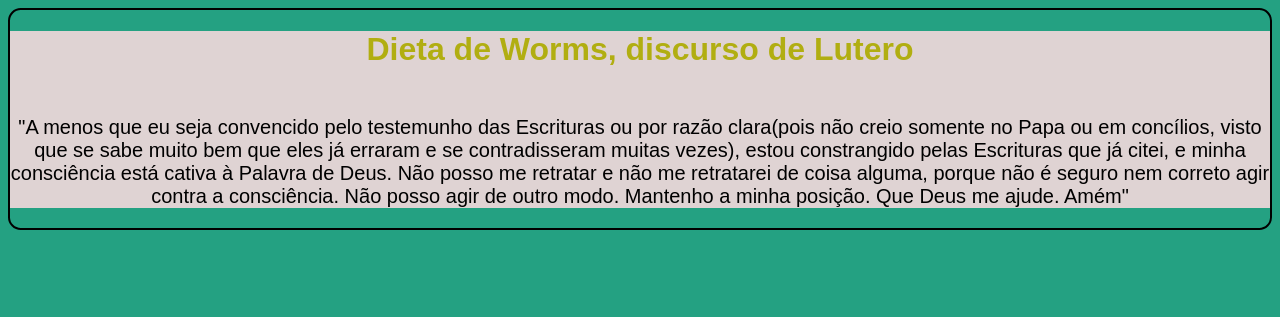
Repository: batmit/FutureFundation.github.io-1
Page: menu/articles/cristianism/dieta_de_worns.html
An editor plug-in stored every save of this project. The page is shown before and after the next save, followed by the edit.
The browser window is 1280 px wide. The pictures show the whole page.

Above is the page before, as saved 2022-03-01 15:00:26.

After the next save:
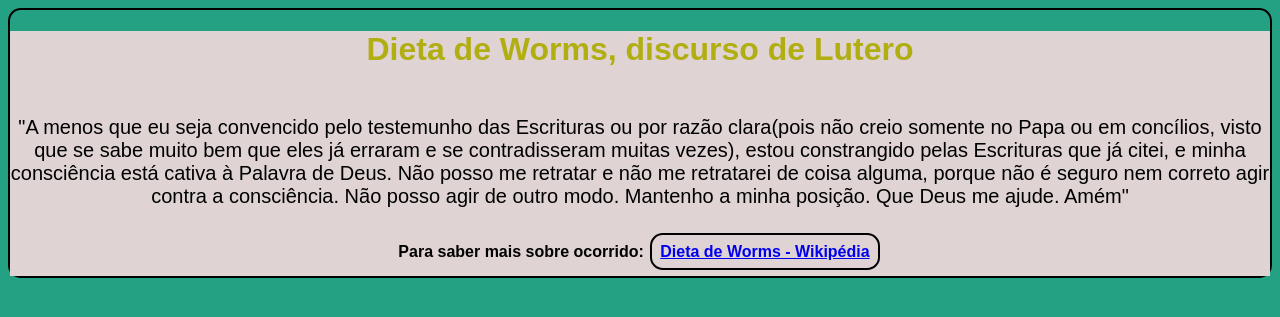
Saved 78 s later.
--- a/menu/articles/cristianism/dieta_de_worns.html
+++ b/menu/articles/cristianism/dieta_de_worns.html
@@ -14,6 +14,10 @@
         </header>
 
         <p>"A menos que eu seja convencido pelo testemunho das Escrituras ou por razão clara(pois não creio somente no Papa ou em concílios, visto que se sabe muito bem que eles já erraram e se contradisseram muitas vezes), estou constrangido pelas Escrituras que já citei, e minha consciência está cativa à Palavra de Deus. Não posso me retratar e não me retratarei de coisa alguma, porque não é seguro nem correto agir contra a consciência. Não posso agir de outro modo. Mantenho a minha posição. Que Deus me ajude. Amém"</p>
+
+        <strong>Para saber mais sobre ocorrido: <a href="https://pt.m.wikipedia.org/wiki/Dieta_de_Worms">Dieta de Worms - Wikipédia</a> </strong>
+
+
     </div>
 </body>
 </html>
